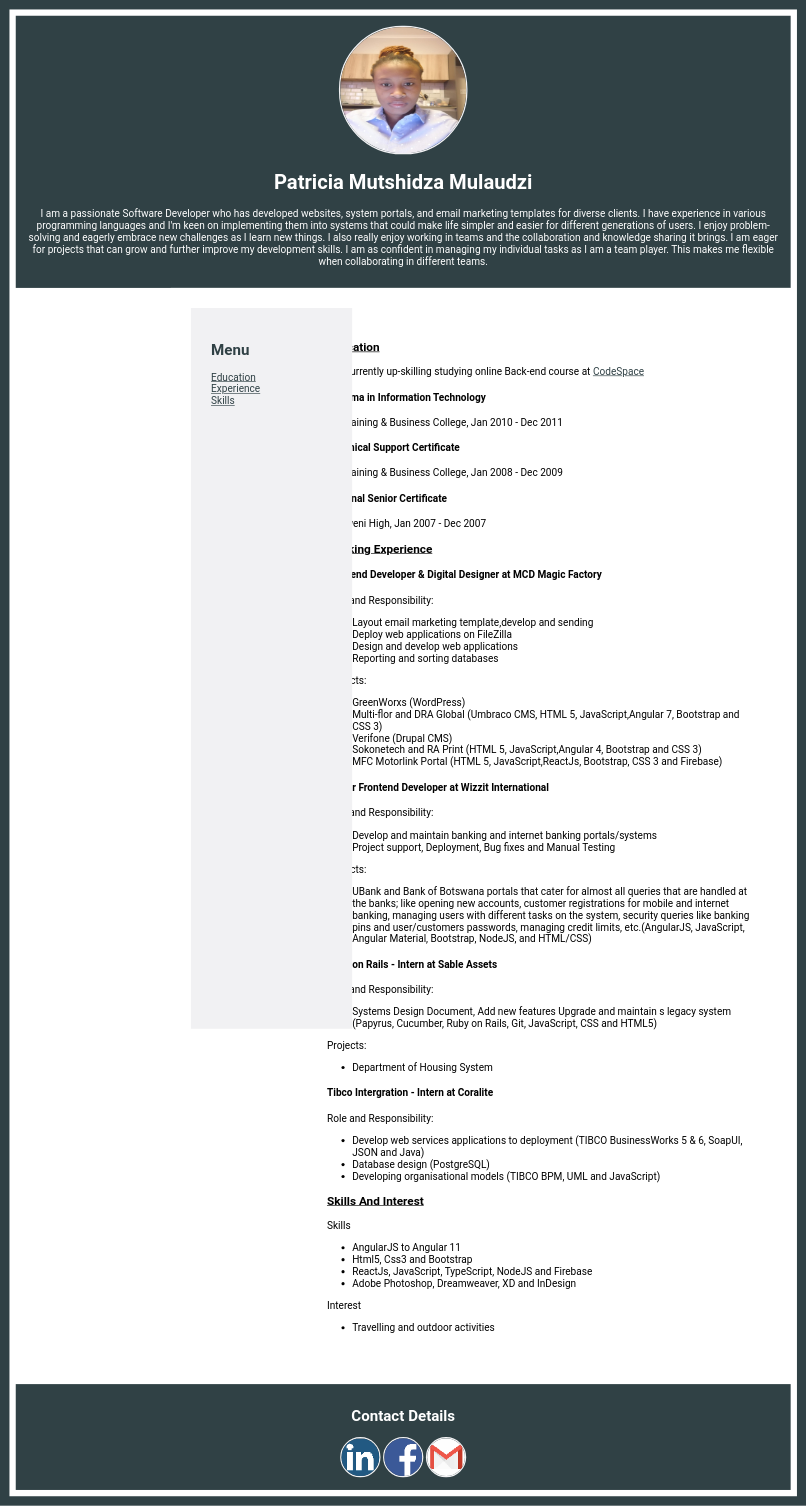
Repository: Patricious/Digital-Resume-01
Page: index.html
The author's editor kept a copy of each file at every save. The page is drawn from the files as they stood at one save, then again after the next save.
The browser window is 1280 px wide. The pictures show the whole page, at 63% of full size.

Above is the page before, as saved 2021-08-23 11:40:32.

After the next save:
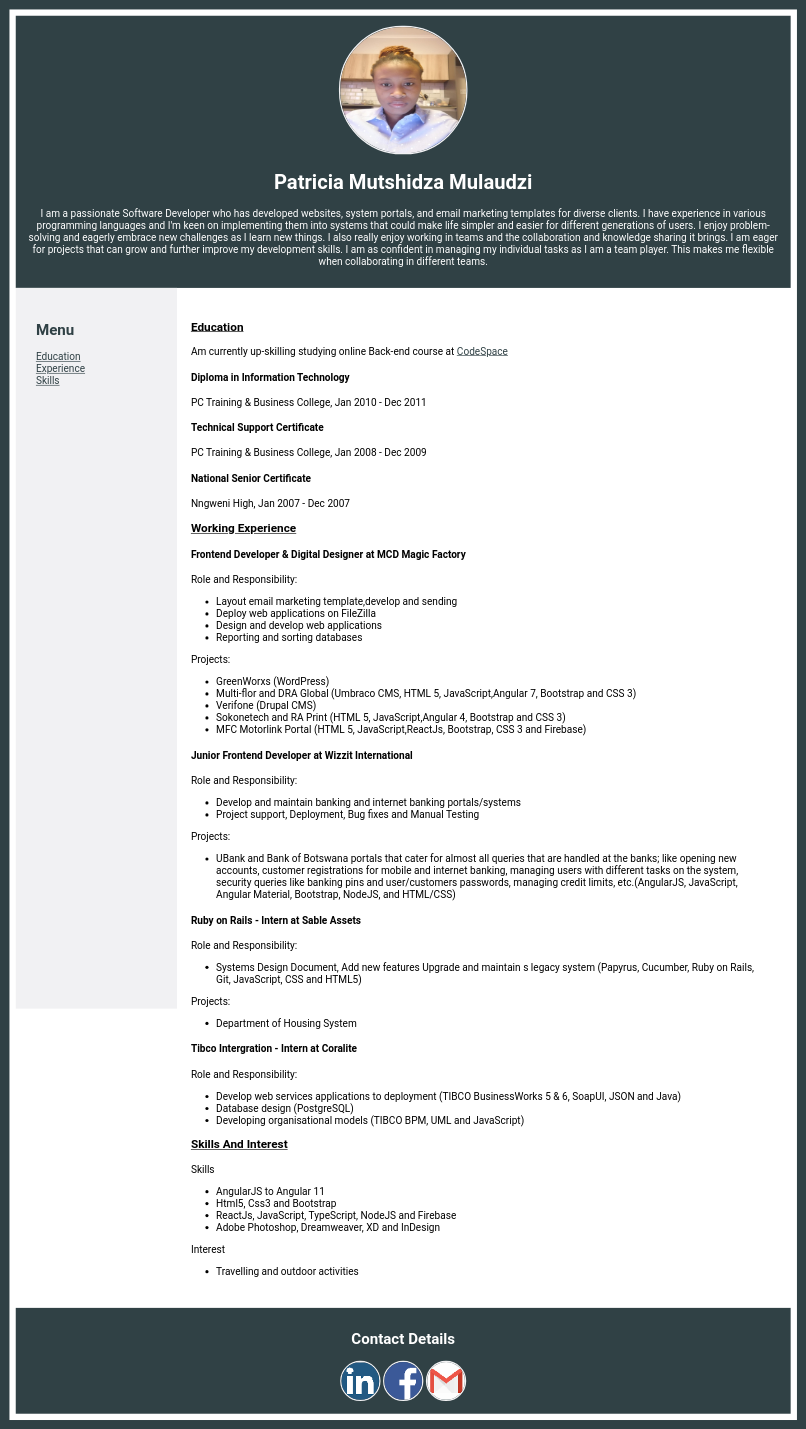
Saved 48 s later.
--- a/css/stylesheet.css
+++ b/css/stylesheet.css
@@ -52,12 +52,6 @@
         color: #304145;
     }
 
-    section {
-        margin-left: 20%;
-        background-color: #ffffff;
-        padding: 2em;
-    }
-
     footer {
         background-color: #304145;
         text-align: center;
